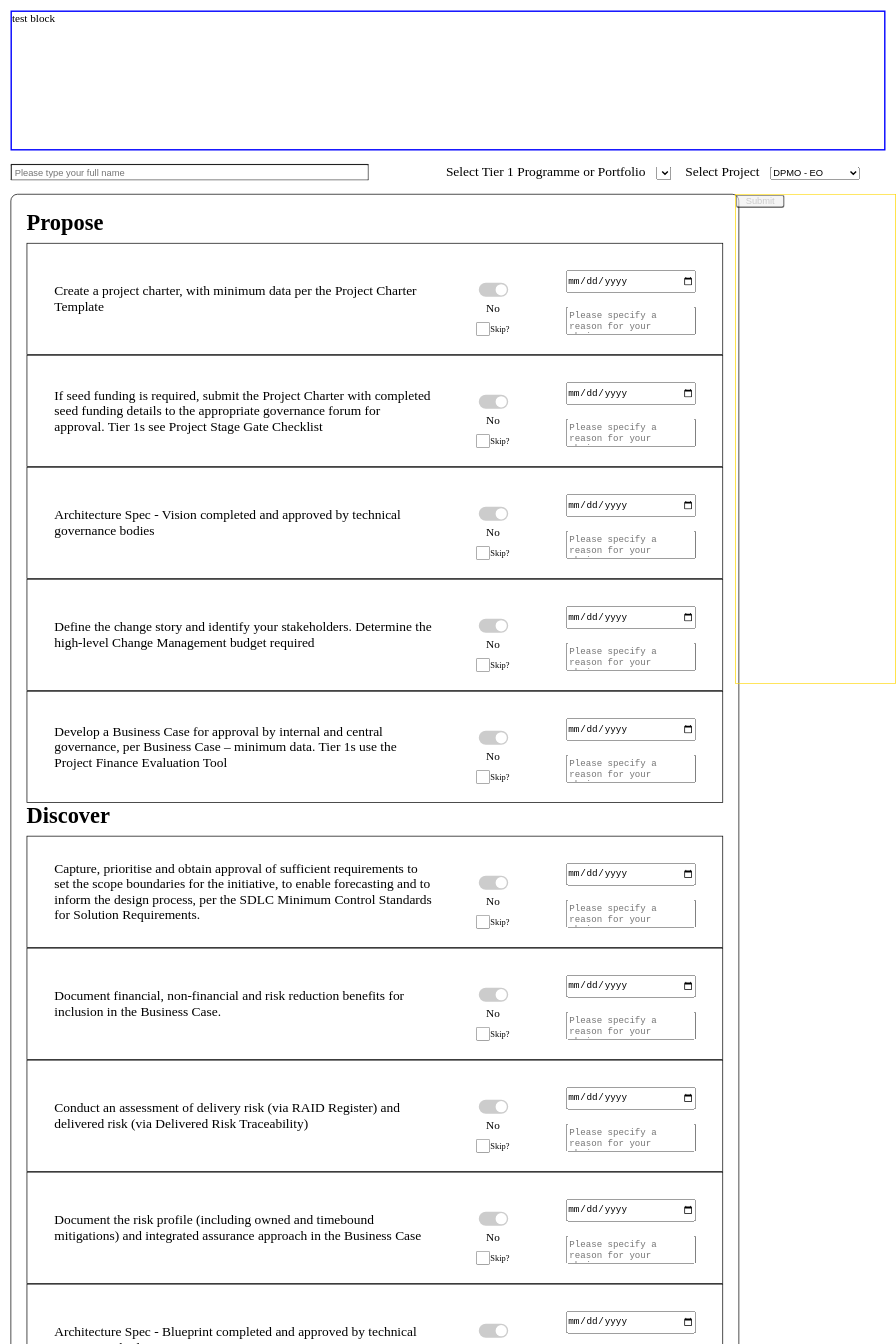
Repository: I-Alpha/JQuery-Html-form
Page: Project-form.html
An editor plug-in stored every save of this project. The page is shown before and after the next save, followed by the edit.
The browser window is 1280 px wide. The pictures show the part of the page from y = 0 to 1920 px (the page is 8709 px tall before and 8731 px after), at 70% of full size.

Above is the page before, as saved 2020-10-27 01:05:36.

After the next save:
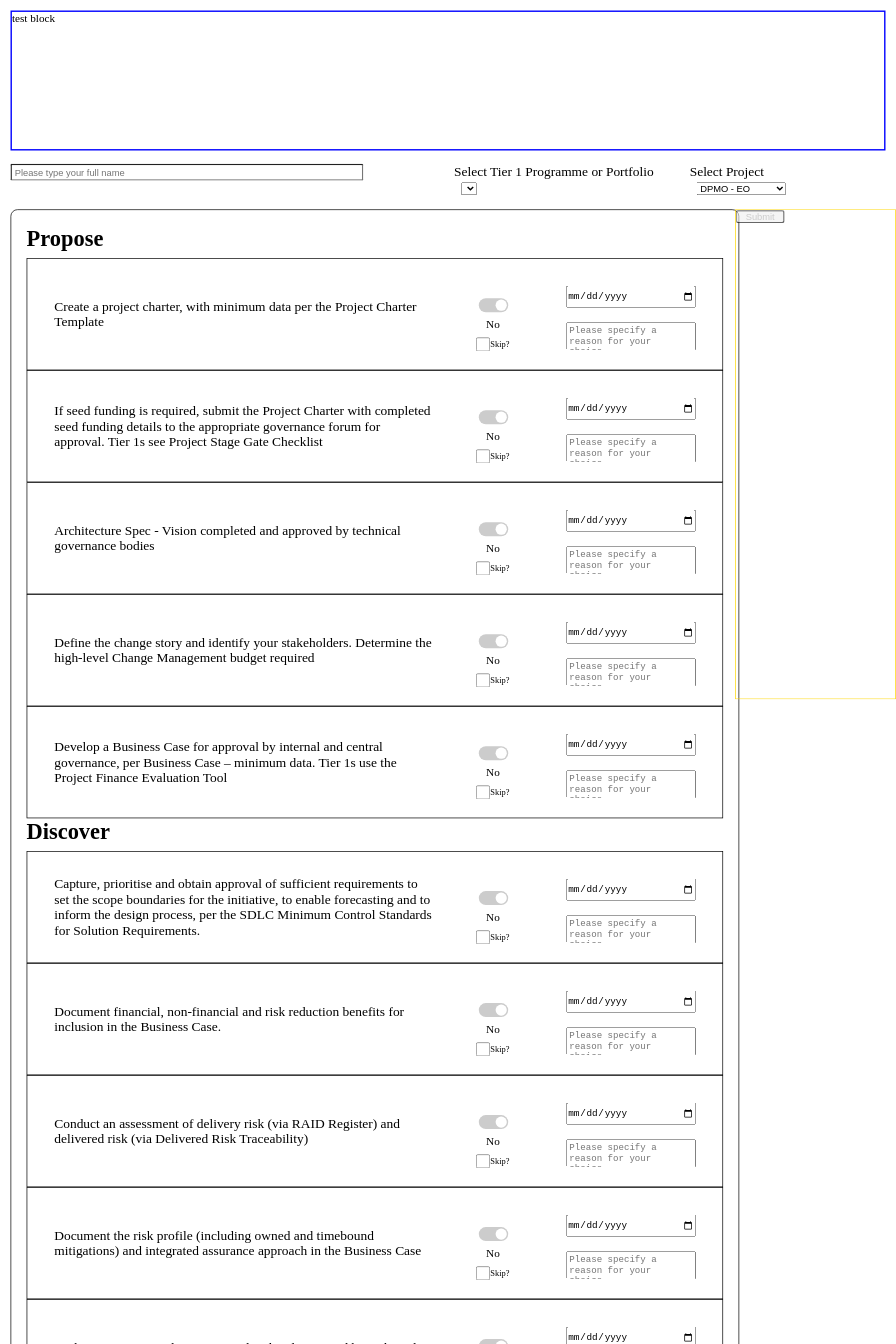
Saved 4 s later.
--- a/main.css
+++ b/main.css
@@ -351,7 +351,7 @@ and (min-width : 1224px) {
      width: 32rem;
     border-radius:2px;
     padding:0 4px;
-    margin-right:100px;
+    margin-right:120px;
     }
 
 #form1 {
